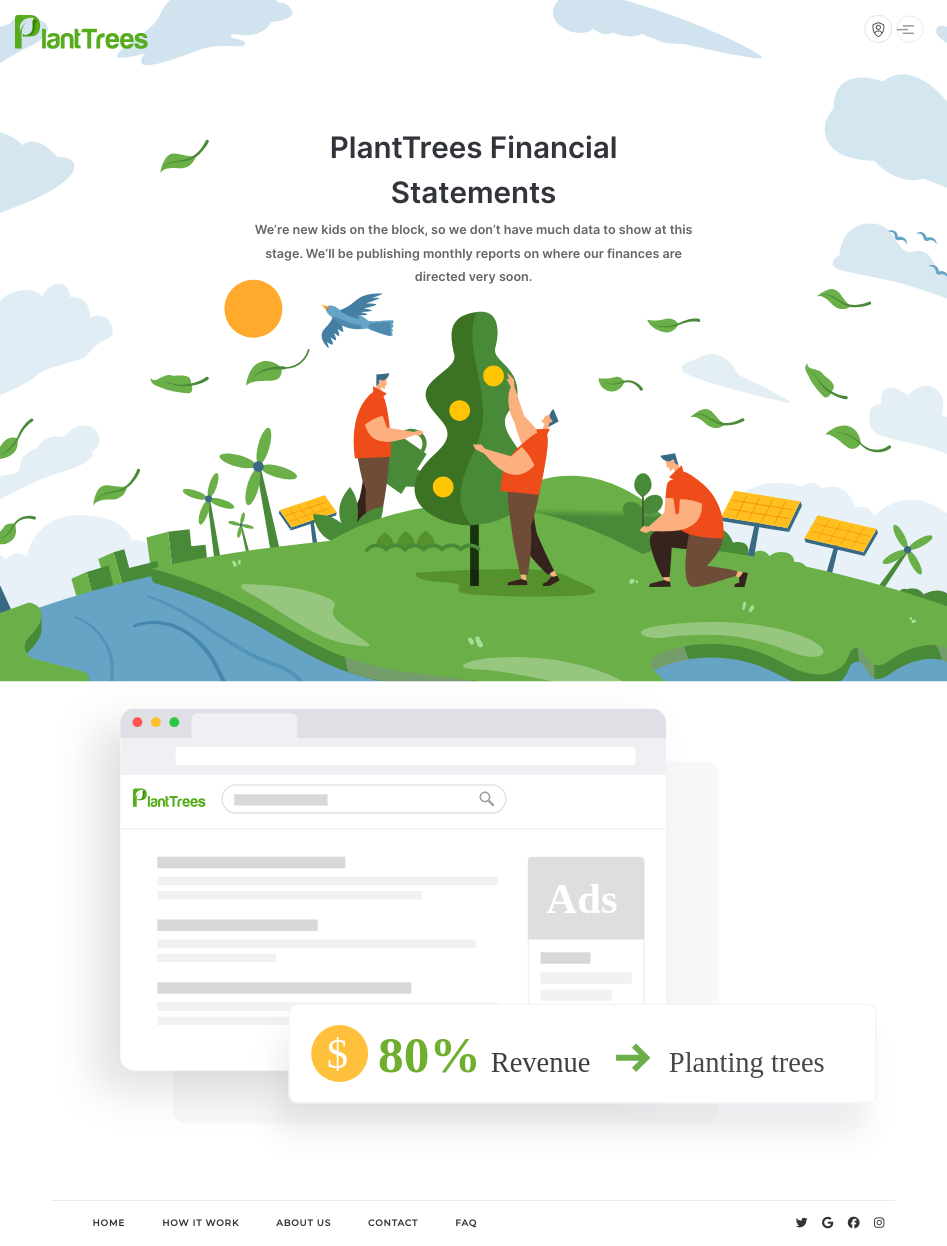
Repository: caothaito/b6g6
Page: bogo/financial.html
These files come from the project's save history. The page is drawn as it stood at one moment and after the next save; the edit follows.
The browser window is 1280 px wide. The pictures show the whole page, at 74% of full size.
Some web libraries are served in a nearby version. The style sheet was rebuilt from its Sass, Less or Tailwind sources for each picture, by a compiler version that may differ from the author's.

Above is the page before, as saved 2020-09-17 14:54:52.

### bogo/financial.html
<!DOCTYPE html>
<html lang="en">

<head>
    <meta charset="UTF-8">
    <meta name="viewport" content="width=device-width, initial-scale=1.0">
    <title>Document</title>
    <link rel="stylesheet" href="https://maxcdn.bootstrapcdn.com/bootstrap/4.0.0/css/bootstrap.min.css"
        integrity="sha384-Gn5384xqQ1aoWXA+058RXPxPg6fy4IWvTNh0E263XmFcJlSAwiGgFAW/dAiS6JXm" crossorigin="anonymous">

    <script src="https://ajax.googleapis.com/ajax/libs/jquery/3.5.1/jquery.min.js"></script>
    <!-- ==============fontawesome=== -->
    <script src="https://kit.fontawesome.com/c28984a6f5.js" crossorigin="anonymous"></script>
    <!-- ================owl================== -->
    <link rel="stylesheet" href="owlcarousel/assets/owl.carousel.min.css">
    <link rel="stylesheet" href="owlcarousel/assets/owl.theme.default.min.css">
    <script src="owlcarousel/owl.carousel.min.js"></script>

    <!-- =========================== -->
    <link rel="stylesheet" href="./assets/css/style.css">
    <link rel="stylesheet" href="./assets/css/financial.css">
</head>

<body>
    <div class="plant-trees-main main-contact-us float-left w-100">
        <div class="plant-trees-home  float-left w-100">
            <div class="plant-trees-home-searchTop float-left w-100 ">
                <a href="#" class="plant-trees-topLogo" id="topLogo">
                    <img src="./assets/images/logo.svg" alt="" class="plant-trees-logo">
                </a>
                <div class="plant-trees-searchRight float-right ">
                    <div class="plant-trees-account">
                        <div class="plant-trees-account-info" style="display:none">
                            <div class="item float-left ">
                                <div class="icon float-left">
                                    <img src="./assets/images/square.svg" alt="square.svg">
                                </div>
                                <div class="content float-right">
                                    <div class="title">Get Our App & Extension</div>
                                    <div class="desc">Protect your date on every device.</div>
                                </div>
                            </div>
                            <div class="item float-left ">
                                <div class="icon float-left">
                                    <img src="./assets/images/file.svg" alt="file.svg">
                                </div>
                                <div class="content float-right">
                                    <div class="title">Your searches are private</div>
                                    <div class="desc">We don't need to know what you do online. We don't record them.
                                    </div>
                                </div>
                            </div>
                            <div class="item float-left ">
                                <div class="icon float-left">
                                    <img src="./assets/images/browser.svg" alt="browser.svg">
                                </div>
                                <div class="content float-right">
                                    <div class="title">Your Searches Are Encrypted</div>
                                    <div class="desc">We protect your search behavior with encrypted connection.</div>
                                </div>
                            </div>
                            <div class="item float-left ">
                                <div class="icon float-left">
                                    <img src="./assets/images/secret-file.svg" alt="secret-file.svg">
                                </div>
                                <div class="content float-right">
                                    <div class="title">No tracking. No profiling</div>
                                    <div class="desc">We block hidden third-party trackers. We don't sell user's date.
                                    </div>
                                </div>
                            </div>
                        </div>
                    </div>
                    <div class="plant-trees-menu-mobile float-right">
                        <div class="nav-toggle">
                            <div class="nav-toggle-bar"></div>
                        </div>
                        <nav class="nav">
                            <ul>
                                <li class="menu-item menu-item-settings">
                                    <div class="wrap-link-item">
                                        <a href="#" title="Settings">Settings</a></div>
                                    <ul class="submenu">
                                        <li>
                                            <a href="#" title="Themes">Themes</a>
                                        </li>
                                        <li>
                                            <a href="#" title="Other settings">Other settings</a></li>
                                        <li>
                                            <a href="#" title="!Bang Search Shortcuts">!Bang SearchShortcuts</a>
                                        </li>
                                    </ul>
                                </li>

                            </ul>
                        </nav>
                    </div>
                </div>
            </div>
        </div>
    </div>

    <section>
        <div class="plant-trees-financial float-left w-100">
            <div class="container">
                <div class="row">
                    <div class="col-lg-12 col-md-12 col-sm-12">
                        <div class="plant-financialLeft float-left w-100">
                            <div class="financial-title float-left w-100 text-center">
                                <div class="">PlantTrees Financial</div>
                                <div class="">Statements</div>
                            </div>
                            <div class="financial-desc text-center">
                                <div class="">We’re new kids on the block, so we don’t have much data to show at this stage. We’ll be publishing monthly reports on where our finances are directed very soon. </div>
                            </div>
                        </div>
                    </div>
                </div>
            </div>
        </div>
        <div class="plant-trees-transparent float-left w-100">
            <div class="container">
                <div class="row">
                    <div class="plant-transparentLeft float-left w-100">
                        <img src="./assets/images/financial/set-1.svg" alt="">
                    </div>
                </div>
            </div>
        </div>
    </section>



    <!-- ====footer=== -->
    <footer class="footer-home float-left w-100">
        <div class="wrap">
            <div class="container">
                <div class="row">

                    <div class="footer-top float-left w-100">
                        <div class="footer-top-left col-md-7 col-sm-12 col-xs-12">
                            <ul>
                                <li><a href="#">HOME</a></li>
                                <li><a href="#">How it work</a></li>
                                <li><a href="#">About Us</a></li>
                                <li><a href="#">Contact</a></li>
                                <li><a href="#">FAQ</a></li>
                            </ul>
                        </div>
                        <div class="footer-top-right col-md-5 col-sm-12 col-xs-12">
                            <a href="#"><i class="fab fa-twitter"></i></a>
                            <a href="#"><i class="fab fa-google"></i></a>
                            <a href="#"><i class="fab fa-facebook"></i></a>
                            <a href="#"><i class="fab fa-instagram"></i></a>
                        </div>
                    </div>
                </div>

            </div>
        </div>
    </footer>


    <script>
        $(document).ready(function () {
            $(".plant-trees-account").click(function () {
                $(".plant-trees-account-info").slideToggle();
            })
        })

        $('.owl-carousel').owlCarousel({
            loop: true,
            margin: 10,
            responsiveClass: true,
            nav: true,
            responsive: {
                0: {
                    items: 2
                },
                480: {
                    items: 2
                },
                768: {
                    items: 3,
                },
                1000: {
                    items: 3,
                }
            }
        })
    </script>
</body>

<script src="https://cdnjs.cloudflare.com/ajax/libs/popper.js/1.12.9/umd/popper.min.js"
    integrity="sha384-ApNbgh9B+Y1QKtv3Rn7W3mgPxhU9K/ScQsAP7hUibX39j7fakFPskvXusvfa0b4Q" crossorigin="anonymous">
</script>
<script src="https://maxcdn.bootstrapcdn.com/bootstrap/4.0.0/js/bootstrap.min.js"
    integrity="sha384-JZR6Spejh4U02d8jOt6vLEHfe/JQGiRRSQQxSfFWpi1MquVdAyjUar5+76PVCmYl" crossorigin="anonymous">
</script>
<script src="./assets/js/main.js"></script>

</html>

### bogo/assets/css/financial.scss
@mixin respond($breakpoint) {
    @if $breakpoint==phone {
        @media (max-width: 600px) {
            @content
        }

        ; //600px
    }

    @if $breakpoint==tab-port {
        @media (max-width: 900px) {
            @content
        }

        ; //900px
    }

    @if $breakpoint==tab-land {
        @media (max-width: 1200px) {
            @content
        }

        ; //1200px
    }

    @if $breakpoint==big-desktop {
        @media (min-width: 1800px) {
            @content
        }

        ; //1800px
    }
}
@font-face {
    font-family: Inter;
    src: url("../fonts/Inter-SemiBold_5a940f143aafecbf00719f75eea1dd90.otf");
}
img{
    width: 100%;
}

.plant-trees-financial{
    background-image: url('../images/financial/asset-1.svg') ;
    background-size: cover;
    background-position: bottom;
    background-repeat: no-repeat;
    max-width: 100%;
    position: relative;
  &::before{
    @include respond(tab-port){
        content: "";
        position: absolute;
        top: 0;
        right: 0;
        bottom: 0;
        left: 0;
        background: rgba(0,0,0,.6);
    }
  }
    .plant-financialLeft{

        padding: 170px 0 430px;
        @include respond(tab-port){
            padding: 170px 0 0px 0;
        }
        .financial-title{
            color: #31343a;
            padding: 0 12px 5px;
            font-weight: 700;
            font-size: 40px;
            font-size: 2.5rem;
            font-family: Inter;
            @include respond(tab-port){
                color: #ffffff;
            }
            @include respond(phone){
                font-size: 23px;
            }
        }
        .financial-desc{
            padding: 0 250px 100px 250px;
            font-family: Inter;
            font-size: 17px;
            line-height: 1.88;
            color: #666666;
            @include respond(tab-port){
                padding: 0 0 100px 0;
                color: #ffffff;
            }
            @include respond(phone){
                font-size: 13px;
            }
        }
    }
}

Loaded but not shown: bogo/owlcarousel/assets/owl.carousel.min.css (library); bogo/owlcarousel/assets/owl.theme.default.min.css (common file); bogo/owlcarousel/owl.carousel.min.js (library); bogo/assets/js/main.js (33 lines, source omitted); bogo/assets/css/style.scss (784 lines, source omitted)

After the next save:
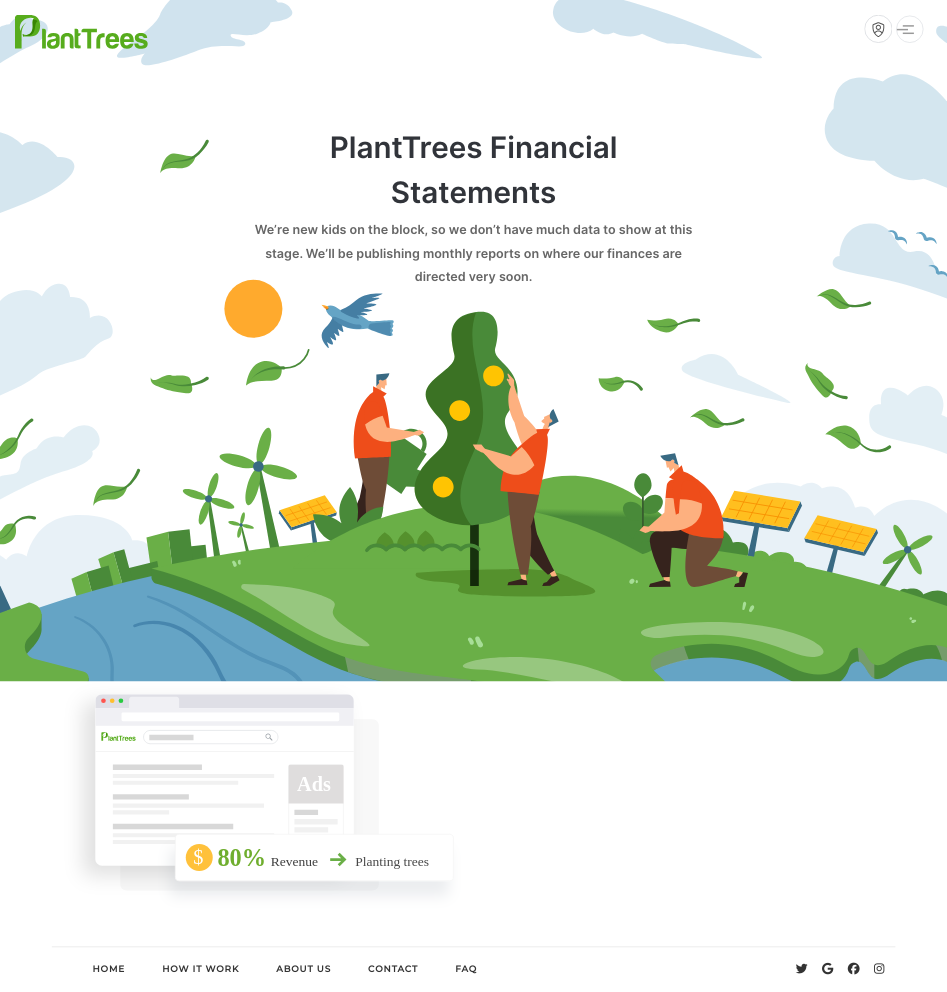
Saved 5 min 43 s later.
--- a/bogo/financial.html
+++ b/bogo/financial.html
@@ -121,9 +121,12 @@
         <div class="plant-trees-transparent float-left w-100">
             <div class="container">
                 <div class="row">
-                    <div class="plant-transparentLeft float-left w-100">
-                        <img src="./assets/images/financial/set-1.svg" alt="">
-                    </div>
+                    <div class="col-lg-6 col-md-6 col-sm-6">
+                        <div class="plant-transparentLeft float-left w-100">
+                            <img src="./assets/images/financial/set-1.svg" alt="">
+                        </div>
+                    </div>
+
                 </div>
             </div>
         </div>
